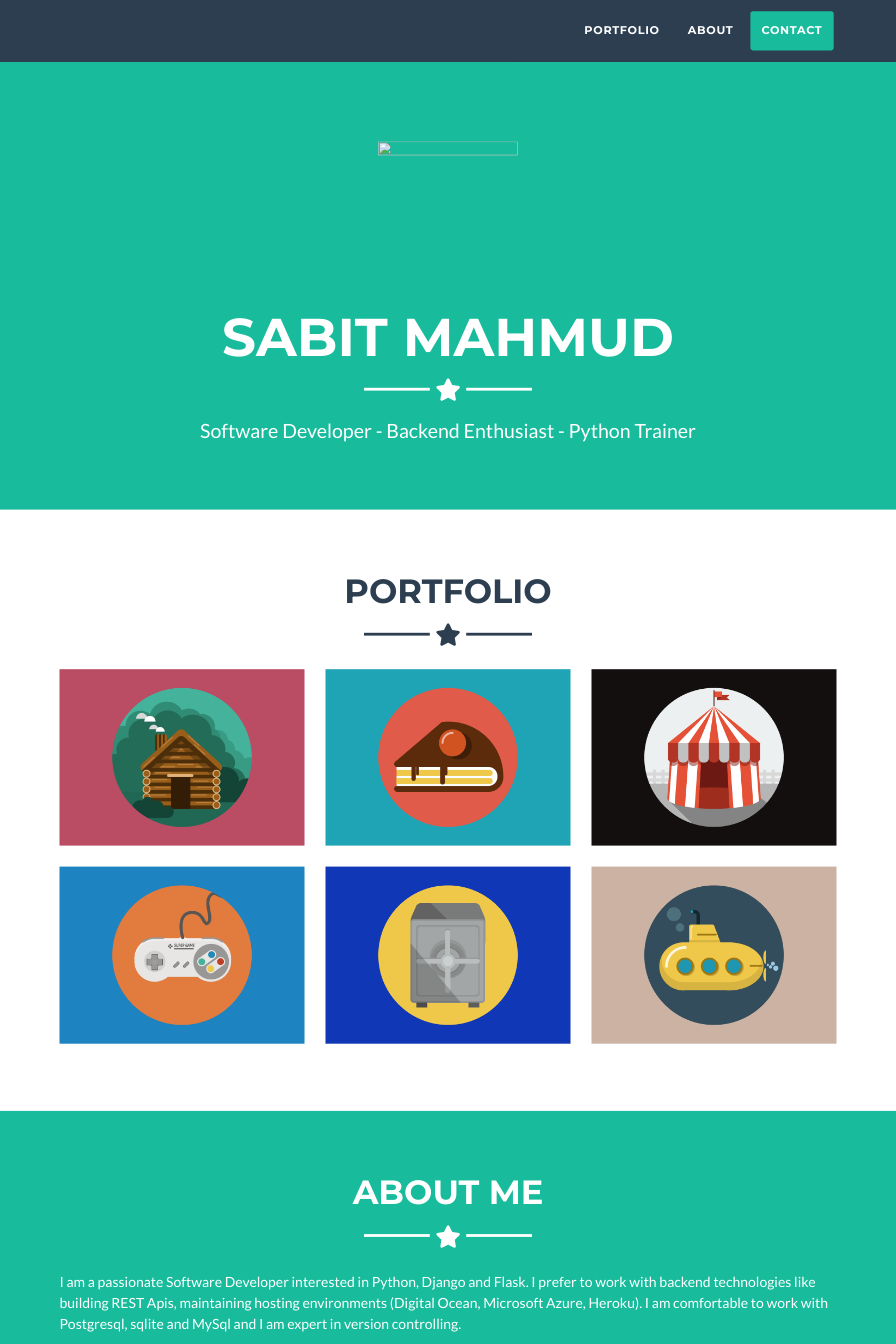
Repository: SabitDeepto/portfolio
Page: index.html
An editor plug-in stored every save of this project. The page is shown before and after the next save, followed by the edit.
The browser window is 1280 px wide. The pictures show the part of the page from y = 0 to 1920 px (the page is 3360 px tall before and 3312 px after), at 70% of full size.

Above is the page before, as saved 2019-04-04 23:45:46.
Not found: img/Sabit Mahmud Deepto.JPG

### index.html
<!DOCTYPE html>
<html lang="en">

<head>

  <meta charset="utf-8">
  <meta name="viewport" content="width=device-width, initial-scale=1, shrink-to-fit=no">
  <meta name="description" content="">
  <meta name="author" content="">

  <title>Sabit Mahmud</title>

  <!-- Bootstrap core CSS -->
  <link href="vendor/bootstrap/css/bootstrap.min.css" rel="stylesheet">

  <!-- Custom fonts for this template -->
  <link href="vendor/fontawesome-free/css/all.min.css" rel="stylesheet" type="text/css">
  <link href="https://fonts.googleapis.com/css?family=Montserrat:400,700" rel="stylesheet" type="text/css">
  <link href="https://fonts.googleapis.com/css?family=Lato:400,700,400italic,700italic" rel="stylesheet" type="text/css">

  <!-- Plugin CSS -->
  <link href="vendor/magnific-popup/magnific-popup.css" rel="stylesheet" type="text/css">

  <!-- Custom styles for this template -->
  <link href="css/freelancer.min.css" rel="stylesheet">

</head>

<body id="page-top">

  <!-- Navigation -->
  <nav class="navbar navbar-expand-lg bg-secondary fixed-top text-uppercase" id="mainNav">
    <div class="container">
      <!-- <a class="navbar-brand js-scroll-trigger" href="#page-top">Sabit Mahmud</a> -->
      <button class="navbar-toggler navbar-toggler-right text-uppercase bg-primary text-white rounded" type="button" data-toggle="collapse" data-target="#navbarResponsive" aria-controls="navbarResponsive" aria-expanded="false" aria-label="Toggle navigation">
        Menu
        <i class="fas fa-bars"></i>
      </button>
      <div class="collapse navbar-collapse" id="navbarResponsive">
        <ul class="navbar-nav ml-auto">
          <li class="nav-item mx-0 mx-lg-1">
            <a class="nav-link py-3 px-0 px-lg-3 rounded js-scroll-trigger" href="#portfolio">Portfolio</a>
          </li>
          <li class="nav-item mx-0 mx-lg-1">
            <a class="nav-link py-3 px-0 px-lg-3 rounded js-scroll-trigger" href="#about">About</a>
          </li>
          <li class="nav-item mx-0 mx-lg-1">
            <a class="nav-link py-3 px-0 px-lg-3 rounded js-scroll-trigger" href="#contact">Contact</a>
          </li>
        </ul>
      </div>
    </div>
  </nav>

  <!-- Header -->
  <header class="masthead bg-primary text-white text-center">
    <div class="container">
      <img class="img-fluid mb-5 d-block mx-auto" src="img/Sabit Mahmud Deepto.JPG" alt="" height="200px" width="200px" class="rounded-circle">
      <h1 class="text-uppercase mb-0">Sabit Mahmud</h1>
      <hr class="star-light">
      <h2 class="font-weight-light mb-0">Software Developer - Backend Enthusiast - Python Trainer</h2>
    </div>
  </header>

  <!-- Portfolio Grid Section -->
  <section class="portfolio" id="portfolio">
    <div class="container">
      <h2 class="text-center text-uppercase text-secondary mb-0">Portfolio</h2>
      <hr class="star-dark mb-5">
      <div class="row">
        <div class="col-md-6 col-lg-4">
          <a class="portfolio-item d-block mx-auto" href="#portfolio-modal-1">
            <div class="portfolio-item-caption d-flex position-absolute h-100 w-100">
              <div class="portfolio-item-caption-content my-auto w-100 text-center text-white">
                <i class="fas fa-search-plus fa-3x"></i>
              </div>
            </div>
            <img class="img-fluid" src="img/portfolio/cabin.png" alt="">
          </a>
        </div>
        <div class="col-md-6 col-lg-4">
          <a class="portfolio-item d-block mx-auto" href="#portfolio-modal-2">
            <div class="portfolio-item-caption d-flex position-absolute h-100 w-100">
              <div class="portfolio-item-caption-content my-auto w-100 text-center text-white">
                <i class="fas fa-search-plus fa-3x"></i>
              </div>
            </div>
            <img class="img-fluid" src="img/portfolio/cake.png" alt="">
          </a>
        </div>
        <div class="col-md-6 col-lg-4">
          <a class="portfolio-item d-block mx-auto" href="#portfolio-modal-3">
            <div class="portfolio-item-caption d-flex position-absolute h-100 w-100">
              <div class="portfolio-item-caption-content my-auto w-100 text-center text-white">
                <i class="fas fa-search-plus fa-3x"></i>
              </div>
            </div>
            <img class="img-fluid" src="img/portfolio/circus.png" alt="">
          </a>
        </div>
        <div class="col-md-6 col-lg-4">
          <a class="portfolio-item d-block mx-auto" href="#portfolio-modal-4">
            <div class="portfolio-item-caption d-flex position-absolute h-100 w-100">
              <div class="portfolio-item-caption-content my-auto w-100 text-center text-white">
                <i class="fas fa-search-plus fa-3x"></i>
              </div>
            </div>
            <img class="img-fluid" src="img/portfolio/game.png" alt="">
          </a>
        </div>
        <div class="col-md-6 col-lg-4">
          <a class="portfolio-item d-block mx-auto" href="#portfolio-modal-5">
            <div class="portfolio-item-caption d-flex position-absolute h-100 w-100">
              <div class="portfolio-item-caption-content my-auto w-100 text-center text-white">
                <i class="fas fa-search-plus fa-3x"></i>
              </div>
            </div>
            <img class="img-fluid" src="img/portfolio/safe.png" alt="">
          </a>
        </div>
        <div class="col-md-6 col-lg-4">
          <a class="portfolio-item d-block mx-auto" href="#portfolio-modal-6">
            <div class="portfolio-item-caption d-flex position-absolute h-100 w-100">
              <div class="portfolio-item-caption-content my-auto w-100 text-center text-white">
                <i class="fas fa-search-plus fa-3x"></i>
              </div>
            </div>
            <img class="img-fluid" src="img/portfolio/submarine.png" alt="">
          </a>
        </div>
      </div>
    </div>
  </section>

  <!-- About Section -->
  <section class="bg-primary text-white mb-0" id="about">
    <div class="container">
      <h2 class="text-center text-uppercase text-white">About Me</h2>
      <hr class="star-light mb-5">
      <div class="row">
        <div class="col-lg-12 ml-auto">
          <p class="lead">
            I am a passionate Software Developer interested in Python, Django and Flask.
             I prefer to work with backend technologies like building REST Apis, maintaining hosting
             environments (Digital Ocean, Microsoft Azure, Heroku).
              I am comfortable to work with Postgresql, sqlite and MySql and I am expert in version controlling.
          </p>
        </div>

      </div>
      <!-- <div class="text-center mt-4">
        <a class="btn btn-xl btn-outline-light" href="#">
          <i class="fas fa-download mr-2"></i>
          Download Now!
        </a>
      </div>
    </div> -->
  </section>

  <!-- Contact Section -->
  <section id="contact">
    <div class="container">
      <h2 class="text-center text-uppercase text-secondary mb-0">Contact Me</h2>
      <hr class="star-dark mb-5">
      <div class="row">
        <div class="col-lg-8 mx-auto">
          <!-- To configure the contact form email address, go to mail/contact_me.php and update the email address in the PHP file on line 19. -->
          <!-- The form should work on most web servers, but if the form is not working you may need to configure your web server differently. -->
          <form name="sentMessage" id="contactForm" novalidate="novalidate">
            <div class="control-group">
              <div class="form-group floating-label-form-group controls mb-0 pb-2">
                <label>Name</label>
                <input class="form-control" id="name" type="text" placeholder="Name" required="required" data-validation-required-message="Please enter your name.">
                <p class="help-block text-danger"></p>
              </div>
            </div>
            <div class="control-group">
              <div class="form-group floating-label-form-group controls mb-0 pb-2">
                <label>Email Address</label>
                <input class="form-control" id="email" type="email" placeholder="Email Address" required="required" data-validation-required-message="Please enter your email address.">
                <p class="help-block text-danger"></p>
              </div>
            </div>
            <div class="control-group">
              <div class="form-group floating-label-form-group controls mb-0 pb-2">
                <label>Phone Number</label>
                <input class="form-control" id="phone" type="tel" placeholder="Phone Number" required="required" data-validation-required-message="Please enter your phone number.">
                <p class="help-block text-danger"></p>
              </div>
            </div>
            <div class="control-group">
              <div class="form-group floating-label-form-group controls mb-0 pb-2">
                <label>Message</label>
                <textarea class="form-control" id="message" rows="5" placeholder="Message" required="required" data-validation-required-message="Please enter a message."></textarea>
                <p class="help-block text-danger"></p>
              </div>
            </div>
            <br>
            <div id="success"></div>
            <div class="form-group">
              <button type="submit" class="btn btn-primary btn-xl" id="sendMessageButton">Send</button>
            </div>
          </form>
        </div>
      </div>
    </div>
  </section>

  <!-- Footer -->
  <footer class="footer text-center">
    <div class="container">
      <div class="row">
        <div class="col-md-4 mb-5 mb-lg-0">
          <h4 class="text-uppercase mb-4">Location</h4>
          <p class="lead mb-0">2215 John Daniel Drive
            <br>Clark, MO 65243</p>
        </div>
        <div class="col-md-4 mb-5 mb-lg-0">
          <h4 class="text-uppercase mb-4">Around the Web</h4>
          <ul class="list-inline mb-0">
            <li class="list-inline-item">
              <a class="btn btn-outline-light btn-social text-center rounded-circle" href="#">
                <i class="fab fa-fw fa-facebook-f"></i>
              </a>
            </li>
            <li class="list-inline-item">
              <a class="btn btn-outline-light btn-social text-center rounded-circle" href="#">
                <i class="fab fa-fw fa-google-plus-g"></i>
              </a>
            </li>
            <li class="list-inline-item">
              <a class="btn btn-outline-light btn-social text-center rounded-circle" href="#">
                <i class="fab fa-fw fa-twitter"></i>
              </a>
            </li>
            <li class="list-inline-item">
              <a class="btn btn-outline-light btn-social text-center rounded-circle" href="#">
                <i class="fab fa-fw fa-linkedin-in"></i>
              </a>
            </li>
            <li class="list-inline-item">
              <a class="btn btn-outline-light btn-social text-center rounded-circle" href="#">
                <i class="fab fa-fw fa-dribbble"></i>
              </a>
            </li>
          </ul>
        </div>
        <div class="col-md-4">
          <h4 class="text-uppercase mb-4">About Freelancer</h4>
          <p class="lead mb-0">Freelance is a free to use, open source Bootstrap theme created by
            <a href="http://startbootstrap.com">Sabit Mahmud</a>.</p>
        </div>
      </div>
    </div>
  </footer>

  <div class="copyright py-4 text-center text-white">
    <div class="container">
      <small>Copyright &copy; Your Website 2019</small>
    </div>
  </div>

  <!-- Scroll to Top Button (Only visible on small and extra-small screen sizes) -->
  <div class="scroll-to-top d-lg-none position-fixed ">
    <a class="js-scroll-trigger d-block text-center text-white rounded" href="#page-top">
      <i class="fa fa-chevron-up"></i>
    </a>
  </div>

  <!-- Portfolio Modals -->

  <!-- Portfolio Modal 1 -->
  <div class="portfolio-modal mfp-hide" id="portfolio-modal-1">
    <div class="portfolio-modal-dialog bg-white">
      <a class="close-button d-none d-md-block portfolio-modal-dismiss" href="#">
        <i class="fa fa-3x fa-times"></i>
      </a>
      <div class="container text-center">
        <div class="row">
          <div class="col-lg-8 mx-auto">
            <h2 class="text-secondary text-uppercase mb-0">Project Name</h2>
            <hr class="star-dark mb-5">
            <img class="img-fluid mb-5" src="img/portfolio/cabin.png" alt="">
            <p class="mb-5">Lorem ipsum dolor sit amet, consectetur adipisicing elit. Mollitia neque assumenda ipsam nihil, molestias magnam, recusandae quos quis inventore quisquam velit asperiores, vitae? Reprehenderit soluta, eos quod consequuntur itaque. Nam.</p>
            <a class="btn btn-primary btn-lg rounded-pill portfolio-modal-dismiss" href="#">
              <i class="fa fa-close"></i>
              Close Project</a>
          </div>
        </div>
      </div>
    </div>
  </div>

  <!-- Portfolio Modal 2 -->
  <div class="portfolio-modal mfp-hide" id="portfolio-modal-2">
    <div class="portfolio-modal-dialog bg-white">
      <a class="close-button d-none d-md-block portfolio-modal-dismiss" href="#">
        <i class="fa fa-3x fa-times"></i>
      </a>
      <div class="container text-center">
        <div class="row">
          <div class="col-lg-8 mx-auto">
            <h2 class="text-secondary text-uppercase mb-0">Project Name</h2>
            <hr class="star-dark mb-5">
            <img class="img-fluid mb-5" src="img/portfolio/cake.png" alt="">
            <p class="mb-5">Lorem ipsum dolor sit amet, consectetur adipisicing elit. Mollitia neque assumenda ipsam nihil, molestias magnam, recusandae quos quis inventore quisquam velit asperiores, vitae? Reprehenderit soluta, eos quod consequuntur itaque. Nam.</p>
            <a class="btn btn-primary btn-lg rounded-pill portfolio-modal-dismiss" href="#">
              <i class="fa fa-close"></i>
              Close Project</a>
          </div>
        </div>
      </div>
    </div>
  </div>

  <!-- Portfolio Modal 3 -->
  <div class="portfolio-modal mfp-hide" id="portfolio-modal-3">
    <div class="portfolio-modal-dialog bg-white">
      <a class="close-button d-none d-md-block portfolio-modal-dismiss" href="#">
        <i class="fa fa-3x fa-times"></i>
      </a>
      <div class="container text-center">
        <div class="row">
          <div class="col-lg-8 mx-auto">
            <h2 class="text-secondary text-uppercase mb-0">Project Name</h2>
            <hr class="star-dark mb-5">
            <img class="img-fluid mb-5" src="img/portfolio/circus.png" alt="">
            <p class="mb-5">Lorem ipsum dolor sit amet, consectetur adipisicing elit. Mollitia neque assumenda ipsam nihil, molestias magnam, recusandae quos quis inventore quisquam velit asperiores, vitae? Reprehenderit soluta, eos quod consequuntur itaque. Nam.</p>
            <a class="btn btn-primary btn-lg rounded-pill portfolio-modal-dismiss" href="#">
              <i class="fa fa-close"></i>
              Close Project</a>
          </div>
        </div>
      </div>
    </div>
  </div>

  <!-- Portfolio Modal 4 -->
  <div class="portfolio-modal mfp-hide" id="portfolio-modal-4">
    <div class="portfolio-modal-dialog bg-white">
      <a class="close-button d-none d-md-block portfolio-modal-dismiss" href="#">
        <i class="fa fa-3x fa-times"></i>
      </a>
      <div class="container text-center">
        <div class="row">
          <div class="col-lg-8 mx-auto">
            <h2 class="text-secondary text-uppercase mb-0">Project Name</h2>
            <hr class="star-dark mb-5">
            <img class="img-fluid mb-5" src="img/portfolio/game.png" alt="">
            <p class="mb-5">Lorem ipsum dolor sit amet, consectetur adipisicing elit. Mollitia neque assumenda ipsam nihil, molestias magnam, recusandae quos quis inventore quisquam velit asperiores, vitae? Reprehenderit soluta, eos quod consequuntur itaque. Nam.</p>
            <a class="btn btn-primary btn-lg rounded-pill portfolio-modal-dismiss" href="#">
              <i class="fa fa-close"></i>
              Close Project</a>
          </div>
        </div>
      </div>
    </div>
  </div>

  <!-- Portfolio Modal 5 -->
  <div class="portfolio-modal mfp-hide" id="portfolio-modal-5">
    <div class="portfolio-modal-dialog bg-white">
      <a class="close-button d-none d-md-block portfolio-modal-dismiss" href="#">
        <i class="fa fa-3x fa-times"></i>
      </a>
      <div class="container text-center">
        <div class="row">
          <div class="col-lg-8 mx-auto">
            <h2 class="text-secondary text-uppercase mb-0">Project Name</h2>
            <hr class="star-dark mb-5">
            <img class="img-fluid mb-5" src="img/portfolio/safe.png" alt="">
            <p class="mb-5">Lorem ipsum dolor sit amet, consectetur adipisicing elit. Mollitia neque assumenda ipsam nihil, molestias magnam, recusandae quos quis inventore quisquam velit asperiores, vitae? Reprehenderit soluta, eos quod consequuntur itaque. Nam.</p>
            <a class="btn btn-primary btn-lg rounded-pill portfolio-modal-dismiss" href="#">
              <i class="fa fa-close"></i>
              Close Project</a>
          </div>
        </div>
      </div>
    </div>
  </div>

  <!-- Portfolio Modal 6 -->
  <div class="portfolio-modal mfp-hide" id="portfolio-modal-6">
    <div class="portfolio-modal-dialog bg-white">
      <a class="close-button d-none d-md-block portfolio-modal-dismiss" href="#">
        <i class="fa fa-3x fa-times"></i>
      </a>
      <div class="container text-center">
        <div class="row">
          <div class="col-lg-8 mx-auto">
            <h2 class="text-secondary text-uppercase mb-0">Project Name</h2>
            <hr class="star-dark mb-5">
            <img class="img-fluid mb-5" src="img/portfolio/submarine.png" alt="">
            <p class="mb-5">Lorem ipsum dolor sit amet, consectetur adipisicing elit. Mollitia neque assumenda ipsam nihil, molestias magnam, recusandae quos quis inventore quisquam velit asperiores, vitae? Reprehenderit soluta, eos quod consequuntur itaque. Nam.</p>
            <a class="btn btn-primary btn-lg rounded-pill portfolio-modal-dismiss" href="#">
              <i class="fa fa-close"></i>
              Close Project</a>
          </div>
        </div>
      </div>
    </div>
  </div>

  <!-- Bootstrap core JavaScript -->
  <script src="vendor/jquery/jquery.min.js"></script>
  <script src="vendor/bootstrap/js/bootstrap.bundle.min.js"></script>

  <!-- Plugin JavaScript -->
  <script src="vendor/jquery-easing/jquery.easing.min.js"></script>
  <script src="vendor/magnific-popup/jquery.magnific-popup.min.js"></script>

  <!-- Contact Form JavaScript -->
  <script src="js/jqBootstrapValidation.js"></script>
  <script src="js/contact_me.js"></script>

  <!-- Custom scripts for this template -->
  <script src="js/freelancer.min.js"></script>

</body>

</html>

### js/contact_me.js
$(function() {

  $("#contactForm input,#contactForm textarea").jqBootstrapValidation({
    preventSubmit: true,
    submitError: function($form, event, errors) {
      // additional error messages or events
    },
    submitSuccess: function($form, event) {
      event.preventDefault(); // prevent default submit behaviour
      // get values from FORM
      var name = $("input#name").val();
      var email = $("input#email").val();
      var phone = $("input#phone").val();
      var message = $("textarea#message").val();
      var firstName = name; // For Success/Failure Message
      // Check for white space in name for Success/Fail message
      if (firstName.indexOf(' ') >= 0) {
        firstName = name.split(' ').slice(0, -1).join(' ');
      }
      $this = $("#sendMessageButton");
      $this.prop("disabled", true); // Disable submit button until AJAX call is complete to prevent duplicate messages
      $.ajax({
        url: "././mail/contact_me.php",
        type: "POST",
        data: {
          name: name,
          phone: phone,
          email: email,
          message: message
        },
        cache: false,
        success: function() {
          // Success message
          $('#success').html("<div class='alert alert-success'>");
          $('#success > .alert-success').html("<button type='button' class='close' data-dismiss='alert' aria-hidden='true'>&times;")
            .append("</button>");
          $('#success > .alert-success')
            .append("<strong>Your message has been sent. </strong>");
          $('#success > .alert-success')
            .append('</div>');
          //clear all fields
          $('#contactForm').trigger("reset");
        },
        error: function() {
          // Fail message
          $('#success').html("<div class='alert alert-danger'>");
          $('#success > .alert-danger').html("<button type='button' class='close' data-dismiss='alert' aria-hidden='true'>&times;")
            .append("</button>");
          $('#success > .alert-danger').append($("<strong>").text("Sorry " + firstName + ", it seems that my mail server is not responding. Please try again later!"));
          $('#success > .alert-danger').append('</div>');
          //clear all fields
          $('#contactForm').trigger("reset");
        },
        complete: function() {
          setTimeout(function() {
            $this.prop("disabled", false); // Re-enable submit button when AJAX call is complete
          }, 1000);
        }
      });
    },
    filter: function() {
      return $(this).is(":visible");
    },
  });

  $("a[data-toggle=\"tab\"]").click(function(e) {
    e.preventDefault();
    $(this).tab("show");
  });
});

/*When clicking on Full hide fail/success boxes */
$('#name').focus(function() {
  $('#success').html('');
});

Loaded but not shown: vendor/bootstrap/css/bootstrap.min.css (library); vendor/fontawesome-free/css/all.min.css (library); vendor/magnific-popup/magnific-popup.css (library); css/freelancer.min.css (library); vendor/jquery/jquery.min.js (library); vendor/bootstrap/js/bootstrap.bundle.min.js (library); vendor/jquery-easing/jquery.easing.min.js (common file); vendor/magnific-popup/jquery.magnific-popup.min.js (library); js/freelancer.min.js (common file); js/jqBootstrapValidation.js (912 lines, source omitted)

After the next save:
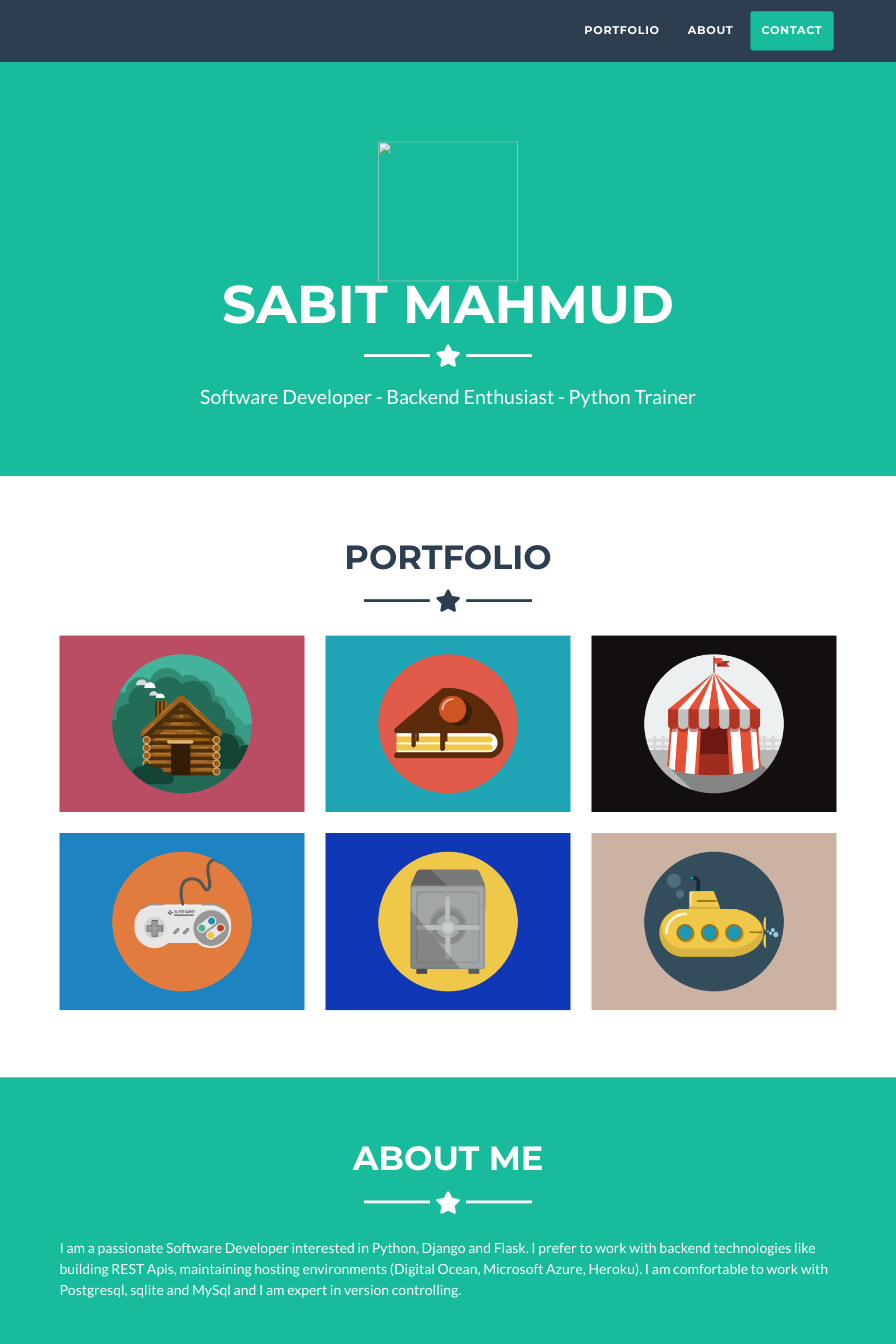
Saved 67 s later.
--- a/index.html
+++ b/index.html
@@ -55,7 +55,7 @@
   <!-- Header -->
   <header class="masthead bg-primary text-white text-center">
     <div class="container">
-      <img class="img-fluid mb-5 d-block mx-auto" src="img/Sabit Mahmud Deepto.JPG" alt="" height="200px" width="200px" class="rounded-circle">
+      <img class='img-circle' src="img/Sabit Mahmud Deepto.JPG" alt="" height="200px" width="200px">
       <h1 class="text-uppercase mb-0">Sabit Mahmud</h1>
       <hr class="star-light">
       <h2 class="font-weight-light mb-0">Software Developer - Backend Enthusiast - Python Trainer</h2>
